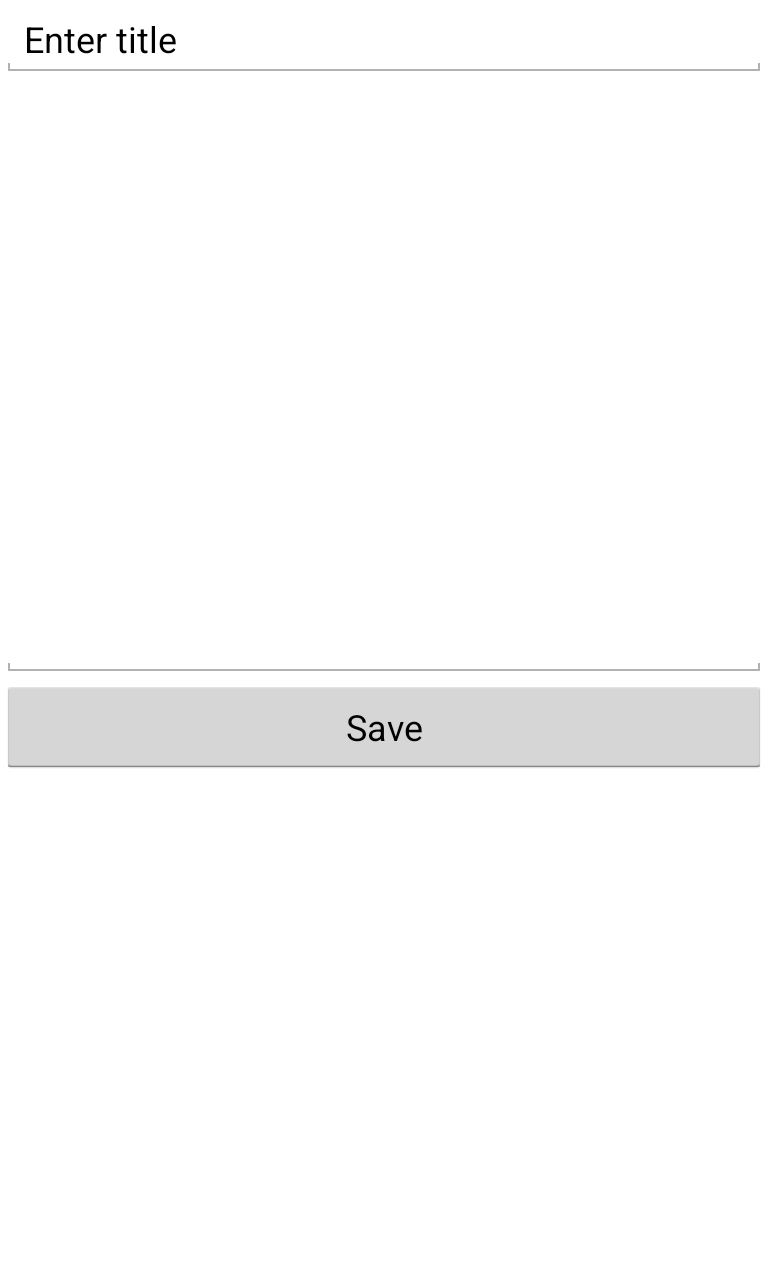
Repository: isitso/android_class
Layout: MyNotes/res/layout/note.xml
The author's editor kept a copy of each file at every save. The layout is drawn from the files as they stood at one save, then again after the next save.
It is drawn on a 768 x 1280 px phone screen (xhdpi) without system bars, with theme AppTheme; the app's code is not run.

Above is the layout before, as saved 2014-05-05 22:32:33.

### MyNotes/res/layout/note.xml
<?xml version="1.0" encoding="utf-8"?>
<LinearLayout xmlns:android="http://schemas.android.com/apk/res/android"
    android:layout_width="match_parent"
    android:layout_height="match_parent"
    android:orientation="vertical" >

    <EditText
        android:id="@+id/title"
        android:layout_width="match_parent"
        android:layout_height="wrap_content"
        android:ems="10"
        android:text="Enter title" >
    </EditText>

    <EditText
        android:id="@+id/text"
        android:layout_width="match_parent"
        android:layout_height="300dp"
        android:ems="10"
        android:inputType="textMultiLine" />

    <Button
        android:id="@+id/save"
        android:layout_width="match_parent"
        android:layout_height="wrap_content"
        android:text="Save" />

</LinearLayout>

Loaded but not shown: MyNotes/res/values/styles.xml (common file); MyNotes/res/values-v11/styles.xml (common file); MyNotes/res/values-v14/styles.xml (common file)

After the next save:
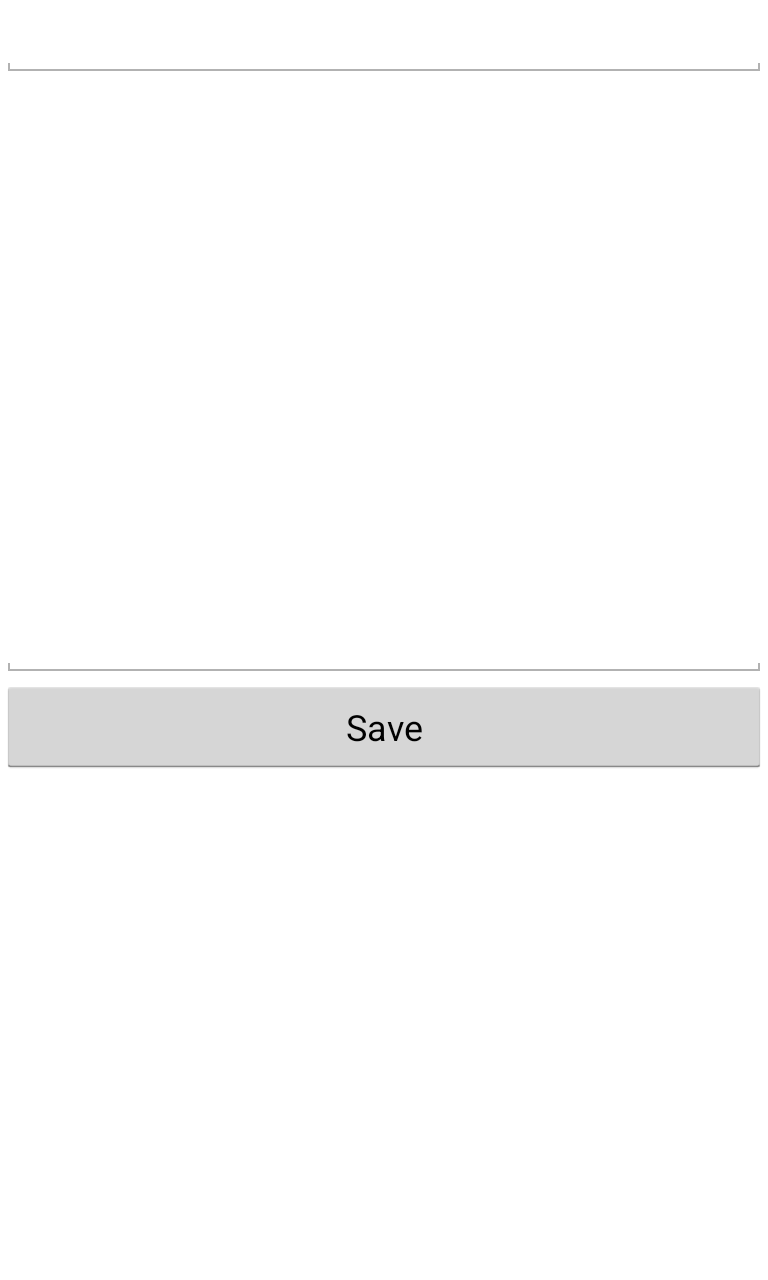
Saved 18 s later.
--- a/MyNotes/res/layout/note.xml
+++ b/MyNotes/res/layout/note.xml
@@ -8,8 +8,7 @@
         android:id="@+id/title"
         android:layout_width="match_parent"
         android:layout_height="wrap_content"
-        android:ems="10"
-        android:text="Enter title" >
+        android:ems="10" >
     </EditText>
 
     <EditText
